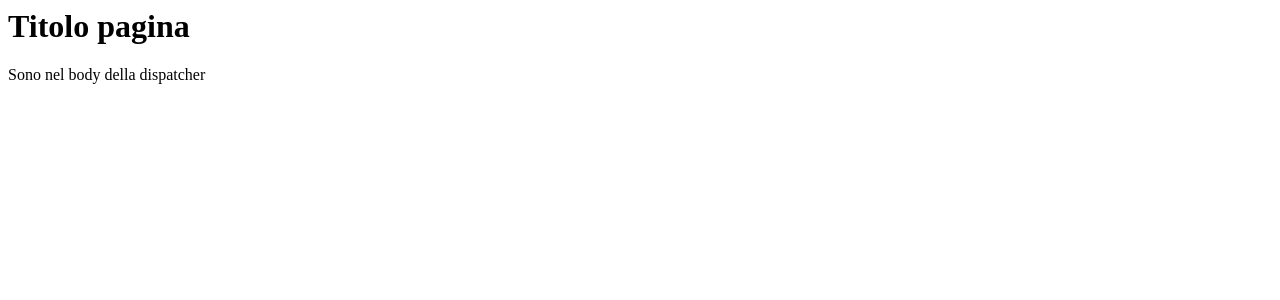
Repository: PcarloP/java_se
Page: http://localhost/anagraficaweb/jsp/body.jsp
These files come from the project's save history. The page is drawn as it stood at one moment and after the next save; the edit follows.
The browser window is 1280 px wide. The pictures show the whole page.
The page is served by Tomcat 10.

Above is the page before, as saved 2025-06-22 09:40:39.

After the next save:
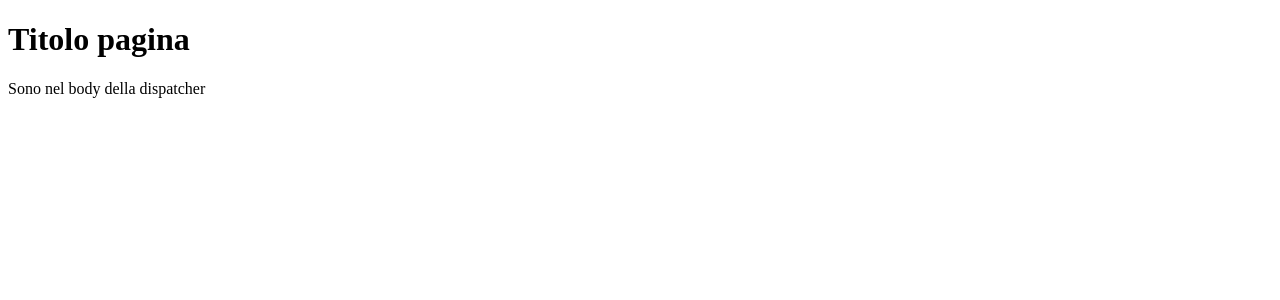
Saved 65 s later.
--- a/anagraficaweb/WebContent/jsp/body.jsp
+++ b/anagraficaweb/WebContent/jsp/body.jsp
@@ -1,3 +1,3 @@
-<h1>Titolo pagina</h1>
+
+<jsp:include page="header.jsp" /><h1>Titolo pagina</h1>
  <p> Sono nel body della dispatcher</p>
-<jsp:include page="header.jsp" />
